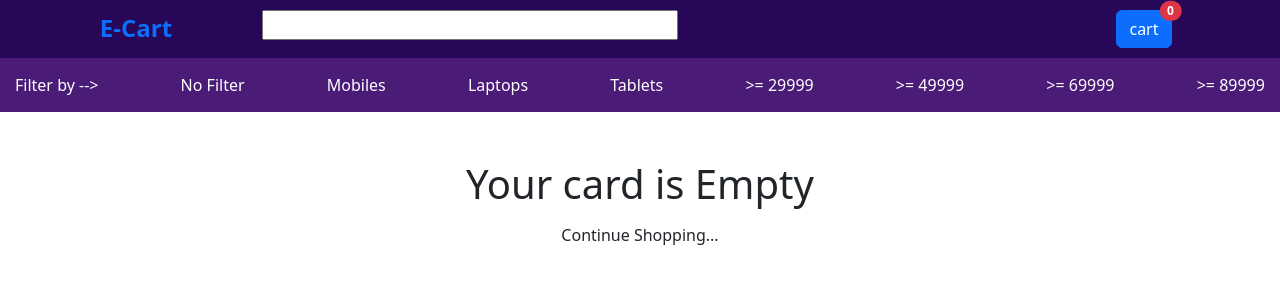
Repository: AMIT1439027/React-ECommerce-cart
Page: /cart
These files come from the project's save history. The page is drawn as it stood at one moment and after the next save; the edit follows.
The browser window is 1280 px wide. The pictures show the whole page.
The project was rebuilt for these pictures with package versions that can differ from the ones it lists, and the page was loaded fresh each time. Also part of the build but not shown: vite.config.js, src/components/Product.jsx, src/components/ProductDetail.jsx, src/components/Searchitem.jsx.

Above is the page before, as saved 2024-03-14 10:44:20.

### index.html
<!doctype html>
<html lang="en">
  <head>
    <meta charset="UTF-8" />
    <link rel="icon" type="image/svg+xml" href="/vite.svg" />
    <meta name="viewport" content="width=device-width, initial-scale=1.0" />
    <title>React E-Cart</title>
    <link href="https://cdn.jsdelivr.net/npm/bootstrap@5.3.3/dist/css/bootstrap.min.css" rel="stylesheet" integrity="sha384-QWTKZyjpPEjISv5WaRU9OFeRpok6YctnYmDr5pNlyT2bRjXh0JMhjY6hW+ALEwIH" crossorigin="anonymous">
  </head>
  <body>
    <div id="root"></div>
    <script type="module" src="/src/main.jsx"></script>
  </body>
</html>

### src/App.jsx
import React, { useState } from "react";
import { BrowserRouter as Router, Routes, Route } from "react-router-dom";
import Navbar from "./components/Navbar";
import Product from "./components/Product";
import ProductDetail from "./components/ProductDetail";
import Searchitem from "./components/Searchitem";
import Cart from "./components/Cart";
import { items } from "./components/Data";

const App = () => {
  const [data, setData] = useState([...items]);
  const [cart, setCart] = useState([]);
  return (
    <>
      <Router>
        <Navbar cart={cart} setData={setData} />
        <Routes>
          <Route
            path="/"
            element={<Product cart={cart} setCart={setCart} items={data} />}
          />
          <Route path="/cart" element={<Cart cart={cart} setCart={setCart} />} />
          {/* Dynamic Routes  */}
          <Route path="/product/:id" element={<ProductDetail />} />
          <Route path="/search/:term" element={<Searchitem />} />
        </Routes>
      </Router>
    </>
  );
};

export default App;

### src/index.css
.nav-bar{
    display: flex;
    justify-content: space-between;
    background-color: #270858;
    padding: 10px;

    color: white;
}
.brand{
    font-weight: bolder;
    width: 20%;
    text-align: center;
    font-size: 1.5rem;
    text-decoration: none;
}

.search-bar{
    width: 60%;

}
.search-bar input{
    width: 55%;
    /* text-align: center; */
}

input::placeholder{
    padding: 10px;
    font-weight: bold;
}
.cart{
    width: 20%;
    text-align: center;
    font-weight: 1.5rem;
    text-decoration: none;
    color:white;
}
.nav-bar-wrapper{
    display: flex;
    justify-content: space-between;
    padding: 15px;
    background-color:#4b1b78;
    color:white

    /* font-weight: bold; */
}

.img{
    display: flex;
    justify-content: center;
    align-items:center ;

}

.img img{
    width: 350px;
    height: 350px;
}

.con{
    display: flex;
    justify-content: center;
    align-items:center;
    gap:4rem;

}

### src/components/Navbar.jsx
import React, { useState } from "react";
import { Link, useNavigate } from "react-router-dom";
import { items } from "./Data";

const Navbar = ({ setData , cart}) => {
 const [searchTerm, setSearchTerm] = useState(" ")
 const navigate = useNavigate();

  const filterByCategory = (category) => {
    const element = items.filter((product) => product.category === category);
    setData(element);
  };

  const filterByPrice = (price) =>{
    const element = items.filter((product)=>product.price >= price)
    setData(element)
  }

  const  handleSubmit = (e)=>{
    e.preventDefault();
    navigate(`/search/${searchTerm}`)
    setSearchTerm("")
  }
  return (
    <>
      <header className="sticky-top">
        <div className="nav-bar">
          <Link to={"/"} className="brand">
            E-Cart
          </Link>
          <form
          // onClick={handleSubmit}
          onSubmit={handleSubmit}
          className="search-bar">

            <input
            value={searchTerm}
            onChange={(e)=>setSearchTerm(e.target.value)}
            type="text"
            placeholder="Search Products"
            />
          </form>
          <Link to={"/cart"} className="cart">
          <button type="button" className="btn btn-primary position-relative">
 cart
  <span className="position-absolute top-0 start-100 translate-middle badge rounded-pill bg-danger">
    {cart.length}
    <span className="visually-hidden">unread messages</span>
  </span>
</button>
          </Link>
        </div>

        <div className="nav-bar-wrapper">
          <div className="items">Filter by -{"->"}</div>
          <div onClick={()=>setData(items)}
           className="items">No Filter</div>

          <div onClick={() => filterByCategory("mobiles")} className="items">
            Mobiles
          </div>
          <div onClick={() => filterByCategory("laptops")}
           className="items">Laptops</div>
          <div  onClick={() => filterByCategory("tablets")}
          className="items">Tablets</div>

          <div  onClick={()=>filterByPrice(29999)}
          className="items">{">="} 29999</div>
          <div onClick={()=>filterByPrice(49999)}
          className="items">{">="} 49999</div>
          <div onClick={()=>filterByPrice(69999)}
          className="items">{">="} 69999</div>
          <div onClick={()=>filterByPrice(89999)}
          className="items">{">="} 89999</div>
        </div>
      </header>
    </>
  );
};

export default Navbar;

### src/components/Cart.jsx
import React from "react";

const Cart = ({ cart, setCart }) => {
  return (
    <>
      <div className="container my-5" style={{ width: "54%" }}>
        {cart.length == 0 ? (
          <>
            <div className="text-center">
              <h1>Your card is Empty</h1>
              <button className="btn btn-warr">Continue Shopping...</button>
            </div>
          </>
        ) : (
          cart.map((product) => {
            return (
              <>
                <div className="card mb-3 my-5" style={{ width: "700px" }}>
                  <div className="row g-0">
                    <div className="col-md-4">
                      <img
                        src={product.imgSrc}
                        className="img-fluid rounded-start"
                        alt="..."
                      />
                    </div>
                    <div className="col-md-8">
                      <div className="card-body text-center ">
                        <h5 className="card-title">{product.title}</h5>
                        <p className="card-text">{product.description}</p>
                        <button className="btn btn-primary mx-3">
                          {product.price} ₹
                        </button>
                        <button className="btn btn-warning">Buy Now</button>
                      </div>
                    </div>
                  </div>
                </div>
              </>
            );
          })
        )}
      </div>
    </>
  );
};

export default Cart;

### src/components/Data.jsx
export const items =  [
    {
      id: 1,
      category: 'mobiles',
      title: "Apple iPhone 14",
      imgSrc: 'https://m.media-amazon.com/images/I/71xb2xkN5qL._SL1500_.jpg',
      amazonLink: 'https://amzn.to/3PuckZp',
      description: 'Apple iPhone 14 (128 GB) - Blue',
      price: '89999',
    },
    {
      id: 5,
      category: 'laptops',
      title: "Xiaomi [Smartchoice] Notebookpro",
      imgSrc: 'https://m.media-amazon.com/images/I/71TPda7cwUL._SL1500_.jpg',
      amazonLink: 'https://amzn.to/3EzeQaC',
      description: 'Xiaomi [Smartchoice] Notebookpro ',
      price: '49999',
    },
    {
      id: 7,
      category: 'tablets',
      title: "Xiaomi Pad 6",
      imgSrc: 'https://m.media-amazon.com/images/I/51b9LjzmPCL._SL1080_.jpg',
      amazonLink: 'https://amzn.to/3ZeNRdY',
      description: 'Xiaomi Pad 6| Qualcomm Snapdragon 870| ',
      price: '29999',
    },
    {
      id: 2,
      category: 'mobiles',
      title: "Apple iPhone 11",
      imgSrc: 'https://m.media-amazon.com/images/I/71xb2xkN5qL._SL1500_.jpg',
      amazonLink: 'https://amzn.to/44MiYi6',
      description: 'Apple iPhone 11 (64GB) - White',
      price: '79999',
    },
    {
      id: 6,
      category: 'tablets',
      title: "Lenovo Tab P12 Pro AMOLED",
      imgSrc: 'https://m.media-amazon.com/images/I/51b9LjzmPCL._SL1080_.jpg',
      amazonLink: 'https://amzn.to/3RabsdH',
      description: 'Lenovo Tab P12 Pro AMOLED (12.6 inch (32 cm), 8 GB, 256 GB, Wi-fi Only), Storm Grey with Precision Pen 3',
      price: '19999',
    },
    {
      id: 3,
      category: 'mobiles',
      title: "Apple iPhone 13",
      imgSrc: 'https://m.media-amazon.com/images/I/71xb2xkN5qL._SL1500_.jpg',
      amazonLink: 'https://amzn.to/3r6XJtv',
      description: 'Apple iPhone 13 (128GB) - Blue',
      price: '69999',
    },
    {
      id: 4,
      category: 'laptops',
      title: "Lenovo IdeaPad Slim 5 ",
      imgSrc: 'https://m.media-amazon.com/images/I/71TPda7cwUL._SL1500_.jpg',
      amazonLink: 'https://amzn.to/44JsK4r',
      description: 'Lenovo IdeaPad Slim 5 Intel Core i5 12450H 14" (35.5cm) ',
      price: '29999',
    },
    {
      id: 9,
      category: 'tablets',
      title: "Samsung Galaxy Tab A8",
      imgSrc: 'https://m.media-amazon.com/images/I/51b9LjzmPCL._SL1080_.jpg',
      amazonLink: 'https://amzn.to/3Pdsh4F',
      description: 'Samsung Galaxy Tab A8 26.69cm (10.5 inch) Display, RAM 4 GB, ROM 64 GB Expandable, Wi-Fi Tablet, Gray, (SM-X200NZAEINU)',
      price: '49999',
    },
    {
      id: 8,
      category: 'laptops',
      title: "Apple MacBook Air Laptop",
      imgSrc: 'https://m.media-amazon.com/images/I/71TPda7cwUL._SL1500_.jpg',
      amazonLink: 'https://amzn.to/3r9rvhm',
      description: 'Apple MacBook Air Laptop M1 chip, 13.3-inch/33.74 cm Retina Display, ',
      price: '89999',
    },


  ]

Loaded but not shown: src/main.jsx (common file)

After the next save:
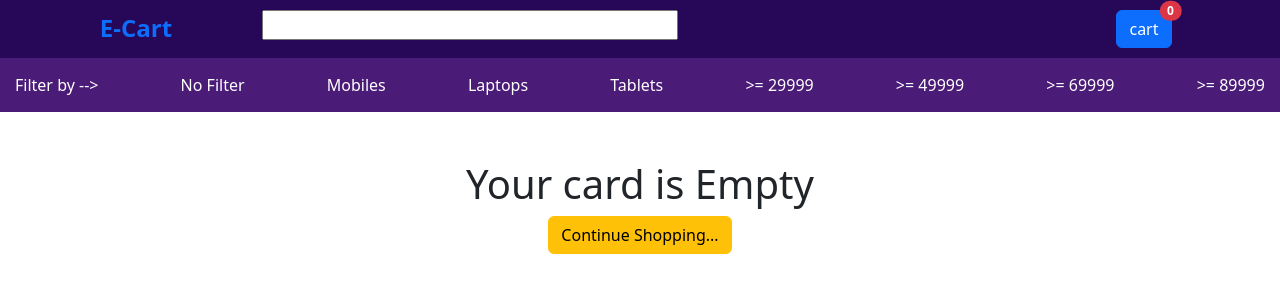
Saved 4 s later.
--- a/src/components/Cart.jsx
+++ b/src/components/Cart.jsx
@@ -8,7 +8,7 @@ const Cart = ({ cart, setCart }) => {
           <>
             <div className="text-center">
               <h1>Your card is Empty</h1>
-              <button className="btn btn-warr">Continue Shopping...</button>
+              <button className="btn btn-warning">Continue Shopping...</button>
             </div>
           </>
         ) : (
